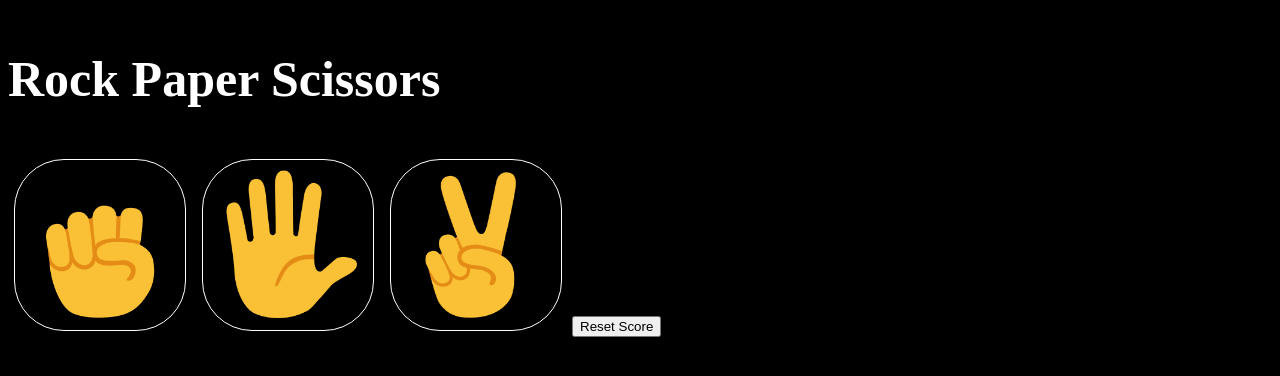
Repository: pgyunknown/Rock_paper_scissors-
Page: index.html
These files come from the project's save history. The page is drawn as it stood at one moment and after the next save; the edit follows.
The browser window is 1280 px wide. The pictures show the whole page.

Above is the page before, as saved 2024-08-30 17:04:48.

### index.html

<!DOCTYPE html>
<html>
  <head>
    <title>Rock Paper Scissors</title>
    <link rel="stylesheet" href="index.css">
  </head>
  <body>
    <p class="title">Rock Paper Scissors</p>
    <button onclick="
      playGame('rock');
    "class="emoji"><img src="images/rock-emoji.png" alt=""></button>

    <button onclick="
      playGame('paper');
    " class="emoji"><img src="images/paper-emoji.png" alt=""></button>

    <button onclick="
      playGame('scissors');
    " class="emoji"><img src="images/scissors-emoji.png" alt=""></button>

    <button onclick="
      score.wins = 0;
      score.losses = 0;
      score.ties = 0;
      localStorage.removeItem('score');
    ">Reset Score</button>

    <script src="index.js">

    </script>
  </body>
</html>

### index.css
body{
  background-color: black;
  color: white;
}
.title{
  font-size: 50px;
  font-weight: bold;
}

button img{
  height: 150px;
  width: 150px;
  background-color: black;
  border: 1px solid white;
  border-radius: 50px;
  padding: 10px;
}
.emoji{
  background-color: black;
  border: none;
}

### index.js
      let score = JSON.parse(localStorage.getItem('score')) || {
        wins: 0,
        losses: 0,
        ties: 0
      };

      function pickComputerMove() {
        const randomNumber = Math.random();

        let computerMove = '';

        if (randomNumber >= 0 && randomNumber < 1 / 3) {
          computerMove = 'rock';
        } else if (randomNumber >= 1 / 3 && randomNumber < 2 / 3) {
          computerMove = 'paper';
        } else if (randomNumber >= 2 / 3 && randomNumber < 1) {
          computerMove = 'scissors';
      }

        return computerMove;
      }
      function playGame(playerMove) {
        const computerMove = pickComputerMove();

        let result = '';

        if (playerMove === 'scissors') {
          if (computerMove === 'rock') {
            result = 'You lose.';
          } else if (computerMove === 'paper') {
            result = 'You win.';
          } else if (computerMove === 'scissors') {
            result = 'Tie.';
          }

        } else if (playerMove === 'paper') {
          if (computerMove === 'rock') {
            result = 'You win.';
          } else if (computerMove === 'paper') {
            result = 'Tie.';
          } else if (computerMove === 'scissors') {
            result = 'You lose.';
          }

        } else if (playerMove === 'rock') {
          if (computerMove === 'rock') {
            result = 'Tie.';
          } else if (computerMove === 'paper') {
            result = 'You lose.';
          } else if (computerMove === 'scissors') {
            result = 'You win.';
          }
        }

        if (result === 'You win.') {
          score.wins += 1;
        } else if (result === 'You lose.') {
          score.losses += 1;
        } else if (result === 'Tie.') {
          score.ties += 1;
        }

        localStorage.setItem('score', JSON.stringify(score));

        alert(`You picked ${playerMove}. Computer picked ${computerMove}. ${result}
Wins: ${score.wins}, Losses: ${score.losses}, Ties: ${score.ties}`);
      }

After the next save:
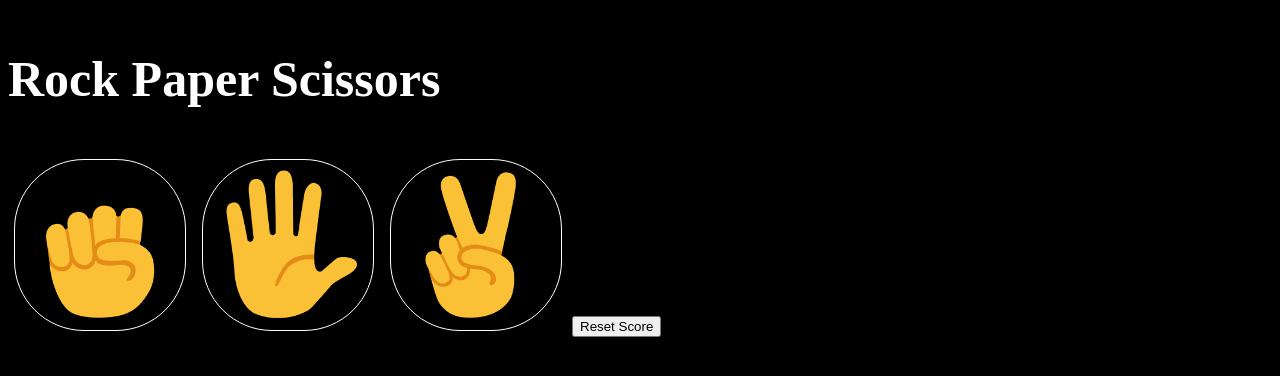
Saved 5 s later.
--- a/index.css
+++ b/index.css
@@ -12,7 +12,7 @@ button img{
   width: 150px;
   background-color: black;
   border: 1px solid white;
-  border-radius: 50px;
+  border-radius: 70px;
   padding: 10px;
 }
 .emoji{
